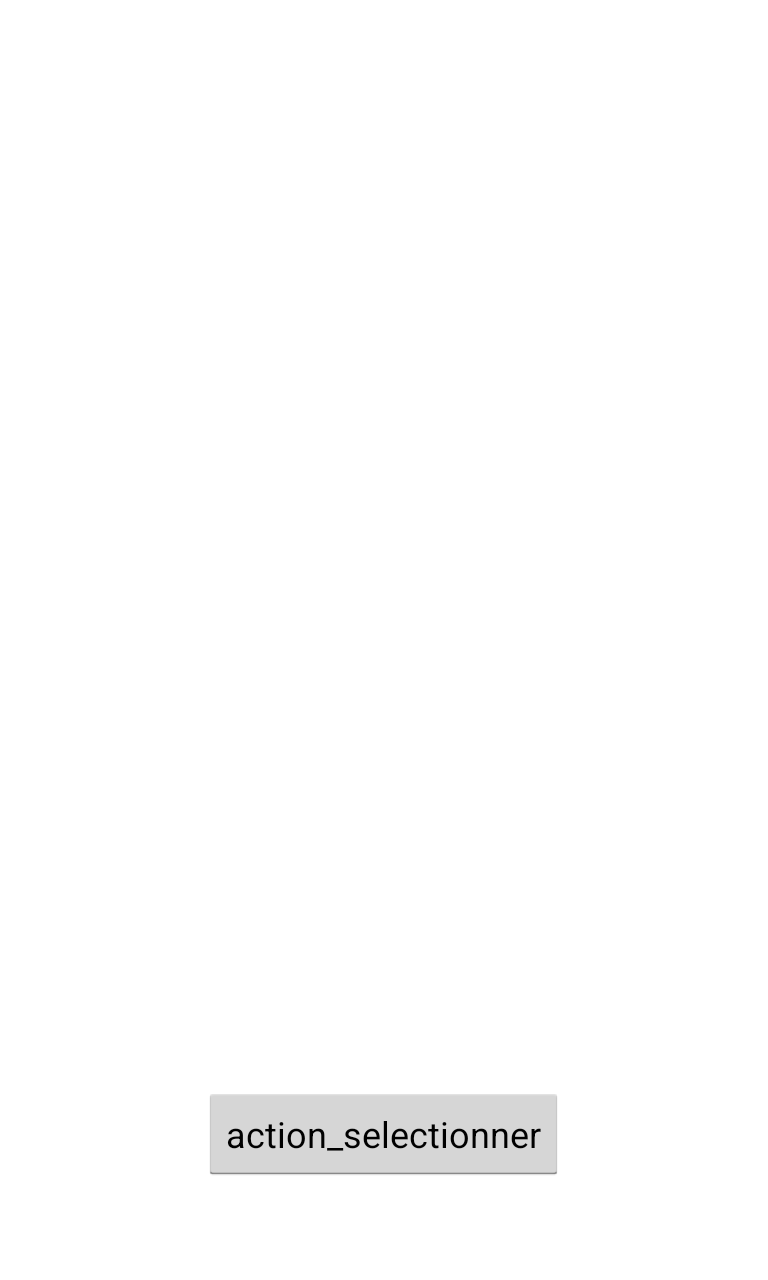
Repository: didjo972/Annuaire
Layout: Annuaire/res/layout/activity_main.xml
The author's editor kept a copy of each file at every save. The layout is drawn from the files as they stood at one save, then again after the next save.
It is drawn on a 768 x 1280 px phone screen (xhdpi) without system bars, with theme AppTheme; the app's code is not run. Lists and similar views that code fills are empty.

Above is the layout before, as saved 2015-04-07 12:22:53.

After the next save:
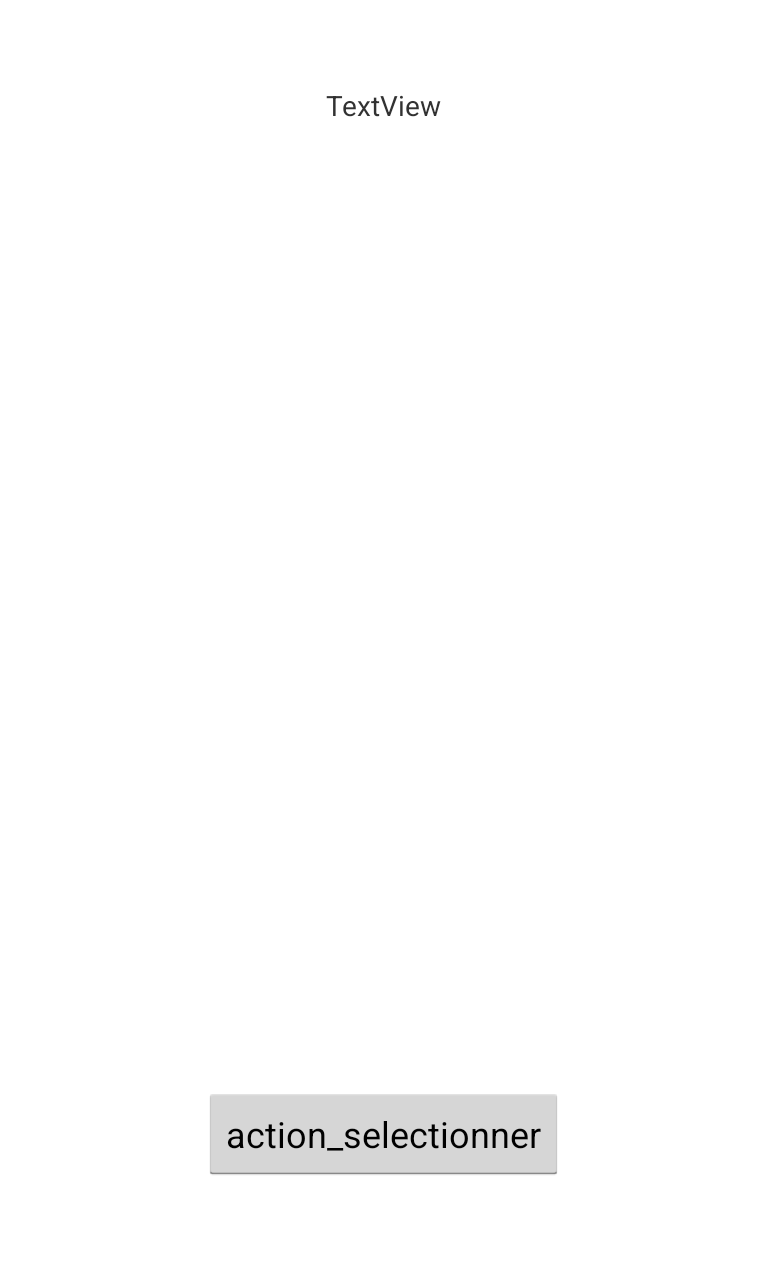
Saved 3 min 57 s later.
--- a/Annuaire/res/layout/activity_main.xml
+++ b/Annuaire/res/layout/activity_main.xml
@@ -14,7 +14,6 @@
         android:layout_width="match_parent"
         android:layout_height="wrap_content"
         android:layout_centerHorizontal="true"
-        android:layout_centerVertical="true"
         tools:listitem="@android:layout/simple_list_item_single_choice" >
 
     </ListView>
@@ -28,4 +27,13 @@
         android:layout_marginBottom="33dp"
         android:text="action_selectionner" />
 
+    <TextView
+        android:id="@+id/textView1"
+        android:layout_width="wrap_content"
+        android:layout_height="wrap_content"
+        android:layout_below="@+id/listView1"
+        android:layout_centerHorizontal="true"
+        android:layout_marginTop="27dp"
+        android:text="TextView" />
+
 </RelativeLayout>
